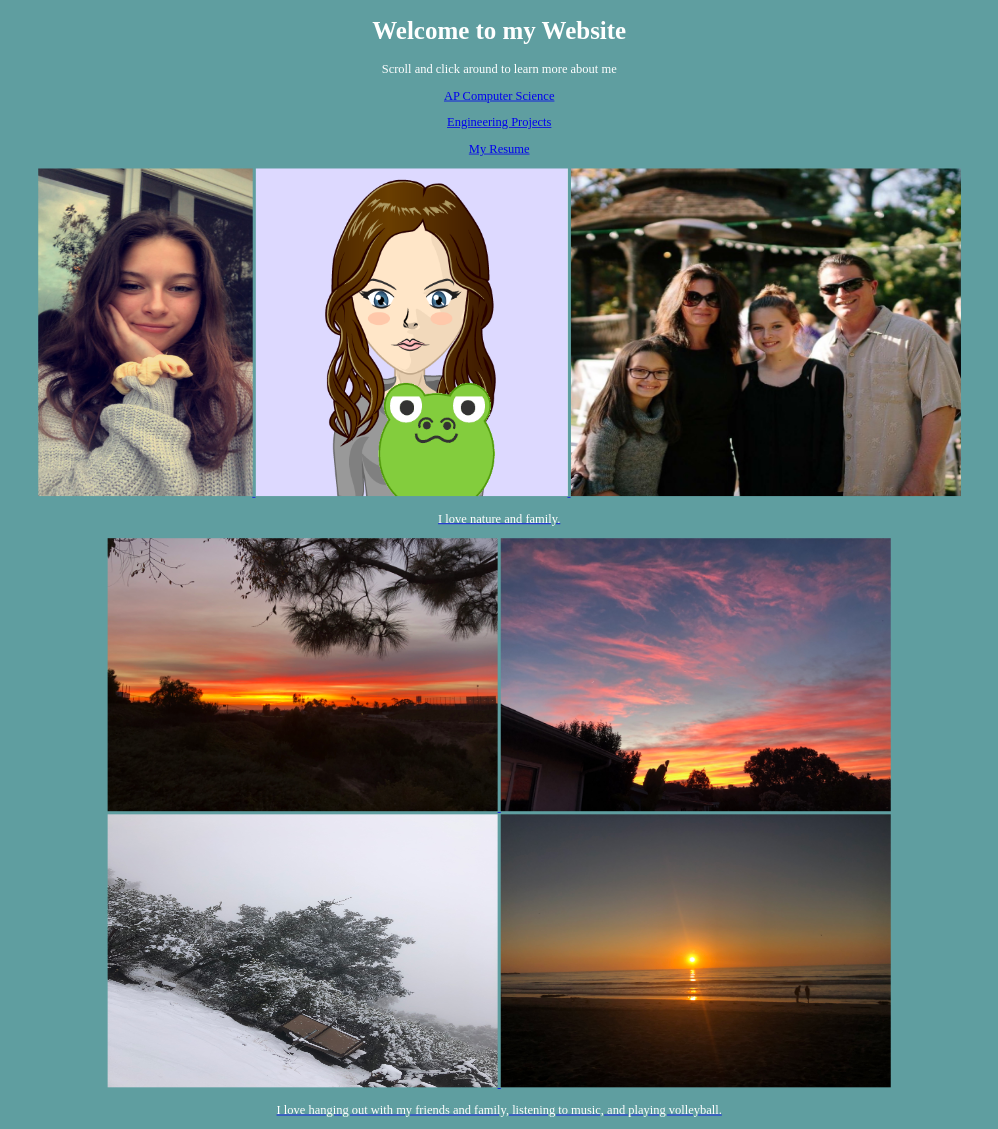
Repository: cdzendzel/cdzendzel.github.io
Page: index.html
The author's editor kept a record of every edit. The page is drawn from the files as they stood at one moment, then again after the next edit.
The browser window is 1280 px wide. The pictures show the whole page, at 78% of full size.

Above is the page before.

### index.html
<!DOCTYPE html>
<html>
    <body style="background-color:cadetblue;">
<head>
<title>Carmela's Webpage</title>
</head>
<body>

</html>
<h1 style="text-align:center; color:white;">Welcome to my Website</h1>
<p style="text-align:center; color:white;">Scroll and click around to learn more about me</p>

</html>
<p style="text-align:center; color:white;"><a href="apcs.html" target = "_blank">AP Computer Science</a></p>
<p style="text-align:center; color:white;"><a href="engineering.html" target = "_blank">Engineering Projects</p>
<p style="text-align:center; color:white;"><a href="resume.html" target = "_blank">My Resume</p>
<center>
<img src="images/IMG_0067.JPG" alt="Carmela Selfie" width="275" height="420">
<img src="images/apcodingavatar.PNG" alt="Carmela's Avatar" width="400" height="420">
<img src="images/IMG_1146.JPG" alt="My little sister, mom, me, and dad"  width="500" height="420">
</center>

<p style="text-align:center; color:white;">I love nature and family.</p>
<center>
<img src="images/IMG_8784.jpg" alt="A San Diego Sunset" width="500" height="350">
<img src="images/IMG_9224.jpg" alt="Another San Diego Sunset" width="500" height="350">
<img src="images/IMG_1180.jpg" alt="Snow on trees in Julian" width="500" height="350">
<img src="images/IMG_1033.jpg" alt="Beach Sunset" width="500" height="350">
</center>
<p style="text-align:center; color:white;">I love hanging out with my friends and family, listening to music, and playing volleyball.</p>


</body>

After the next edit:
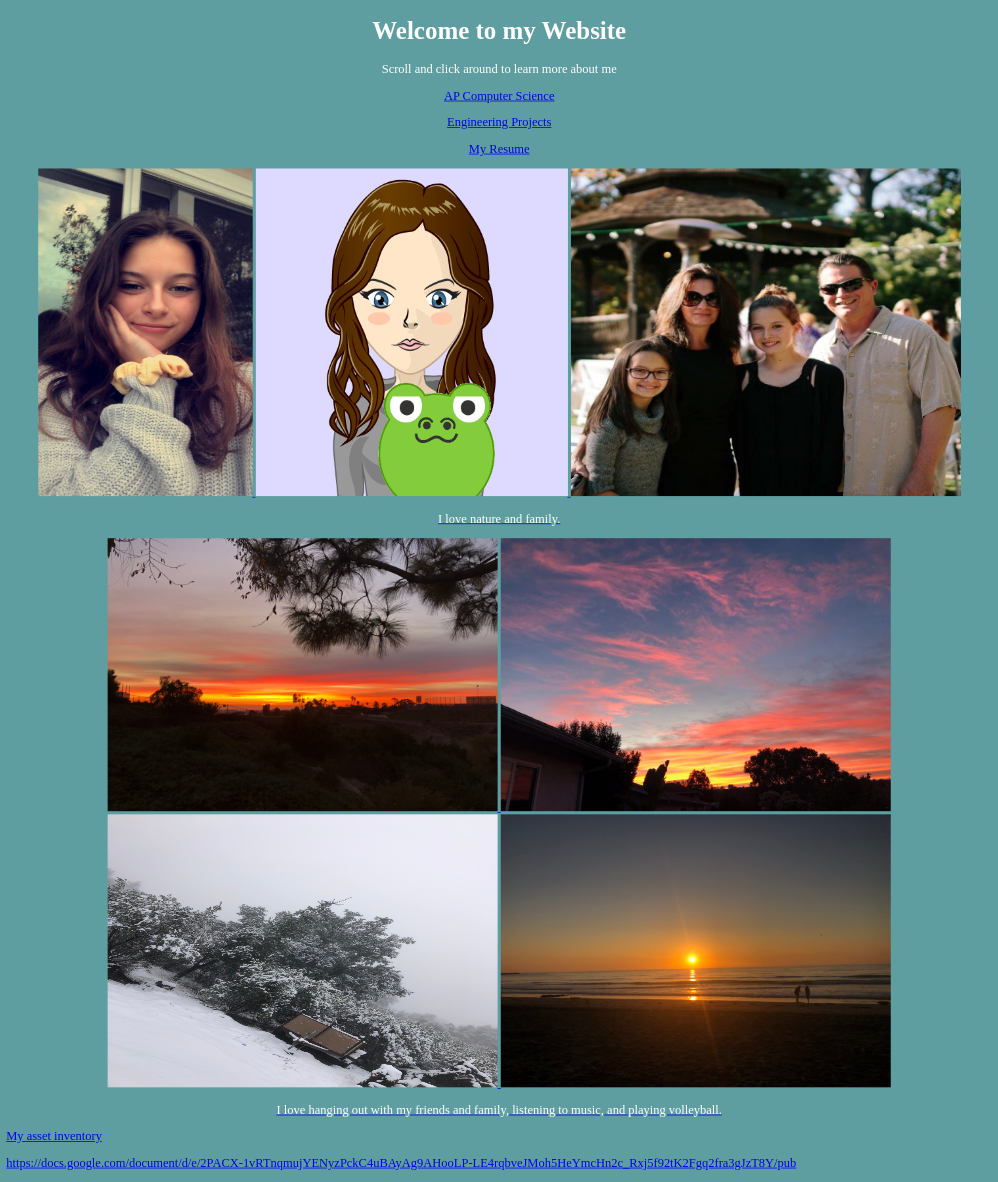
The edit:
--- a/index.html
+++ b/index.html
@@ -29,5 +29,6 @@
 </center>
 <p style="text-align:center; color:white;">I love hanging out with my friends and family, listening to music, and playing volleyball.</p>
 
-
+<p>My asset inventory </p>
+<p>https://docs.google.com/document/d/e/2PACX-1vRTnqmujYENyzPckC4uBAyAg9AHooLP-LE4rqbveJMoh5HeYmcHn2c_Rxj5f92tK2Fgq2fra3gJzT8Y/pub</p>
 </body>
